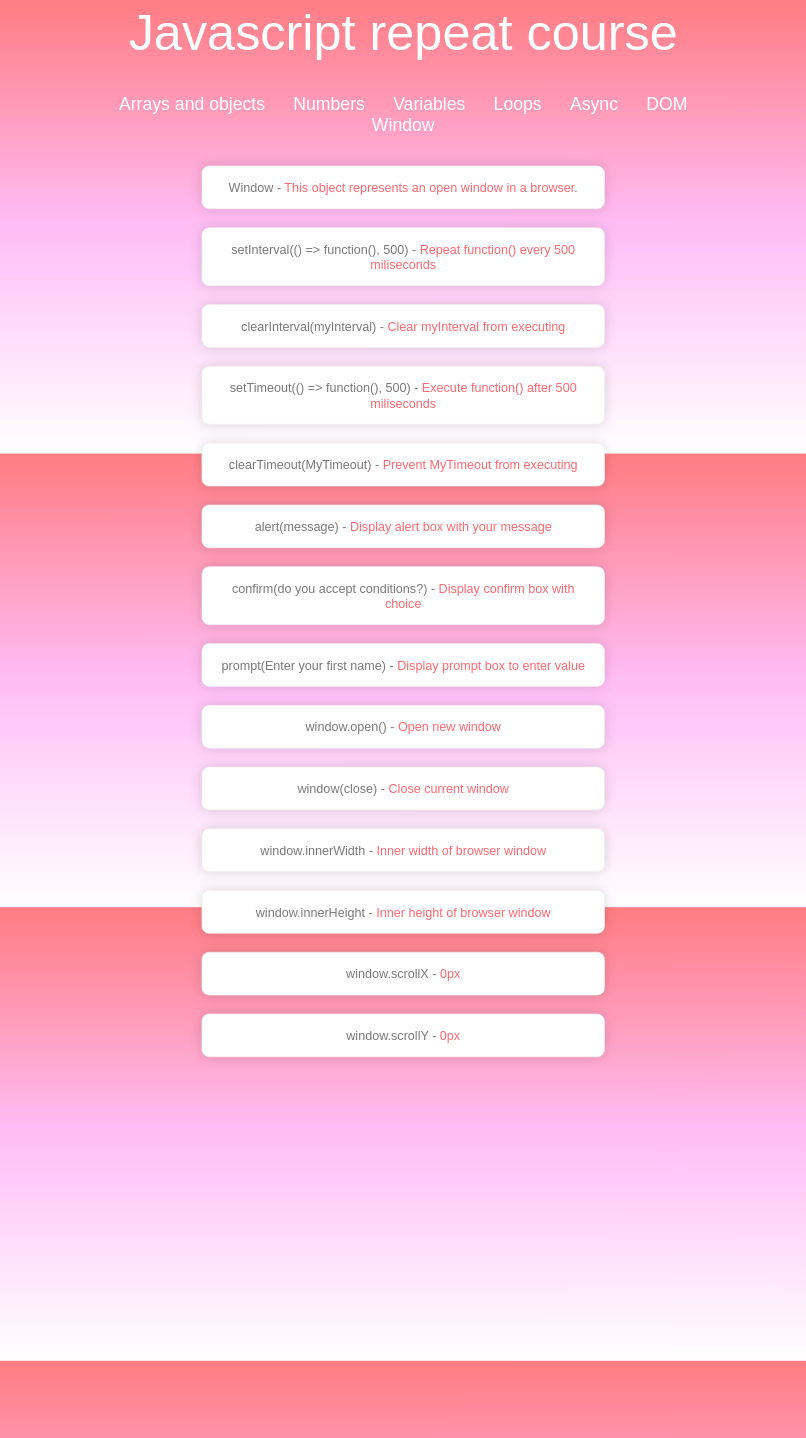
Repository: michalgornicki/javascript
Page: /#/Window
An editor plug-in stored every save of this project. The page is shown before and after a run of saves, followed by the edit.
The browser window is 1280 px wide. The pictures show the whole page, at 63% of full size.
Backgrounds fixed to the window are drawn as part of the page. The project was rebuilt for these pictures with package versions that can differ from the ones it lists, and the page was loaded fresh each time. Also part of the build but not shown: src/index.css, src/components/arrays.jsx, src/components/variables.jsx, src/components/numbers.jsx, src/components/loops.jsx, src/components/async.jsx, src/components/DOM manipulation.jsx.

Above is the page before, as saved 2022-02-01 08:27:57.

### src/App.jsx
import React from "react";
import "./App.css";
import "bootstrap/dist/css/bootstrap.min.css";
import { Route, HashRouter as Router, Routes, Link } from "react-router-dom";
import Arrays from "./components/arrays.jsx"
import Variables from "./components/variables.jsx"
import Numbers from "./components/numbers.jsx"
import Loops from "./components/loops.jsx"
import Async from "./components/async.jsx"
import DOM from "./components/DOM manipulation.jsx"
import Window from "./components/window.jsx"

function App() {


  return (
    <Router>
    <div className="text-center">
      <div className="display-1 mt-1 mb-5 text-white">Javascript repeat course</div>

      <div className="h3 d-flex w-75 m-auto my-5 justify-content-evenly flex-wrap text-white">

      <Link className="link-style mx-3" to="/">Arrays and objects</Link>
      <Link className="link-style mx-3" to="/Numbers">Numbers</Link>
      <Link className="link-style mx-3" to="/Variables">Variables</Link>
      <Link className="link-style mx-3" to="/Loops">Loops</Link>
      <Link className="link-style mx-3" to="/Async">Async</Link>
      <Link className="link-style mx-3" to="/DOM">DOM</Link>
      <Link className="link-style mx-3" to="/Window">Window</Link>


      </div>

      <Routes>
          <Route path="/" element={<Arrays />} />
          <Route path="/Numbers" element={<Numbers />} />
          <Route path="/Variables" element={<Variables />} />
          <Route path="/Loops" element={<Loops />} />
          <Route path="/Async" element={<Async />} />
          <Route path="/DOM" element={<DOM />} />
          <Route path="/Window" element={<Window />} />
        </Routes>


    </div>
    </Router>
  );
}

export default App;

### src/App.css
body{
    font-family: Arial, Helvetica, sans-serif!important;
    overflow-x: hidden;
    padding-bottom: 80vh;
    height: auto;
    background: linear-gradient(0deg, rgb(255, 255, 255), rgb(255, 189, 246), rgb(255, 124, 130));
    background-attachment: fixed;
}

.js-item{
    color:rgb(121, 121, 121);
    background-color: white;
    transition: 0.2s;
    padding: 3vh;
    margin-bottom: 4vh!important;
    border: 1px solid rgb(240, 240, 240);
    width: 50%;
    margin-left: auto;
    margin-right: auto;
    box-shadow: 0px 0px 20px rgba(0, 0, 0, 0.15);
    border-radius: 0.75rem;
}

.js-item:hover{
    cursor: pointer;
    background-color: rgb(240, 240, 240);
}

.text-pink{
    color:rgb(255, 104, 112)!important;
}

.link-style{
    color: inherit;
    text-decoration: inherit;
}

.link-style:hover{
    color: rgb(255, 104, 112);
}

@media only screen and (max-device-width: 600px), (max-width: 600px) {

    .js-item{
        width: 95%;
    }

}

### src/components/window.jsx
const Window = () => {

  return (
    <div className="">
      <div className="js-item h5">
        {" "}
        <span className="">{"Window"} -</span>
        <span className="text-pink"> This object represents an open window in a browser.</span> <br />
      </div>
       <div className="js-item h5">
        {" "}
        <span className="">{"setInterval(() => function(), 500)"} -</span>
        <span className="text-pink"> Repeat function() every 500 miliseconds </span> <br />
      </div>
      <div className="js-item h5">
        {" "}
        <span className="">{"clearInterval(myInterval)"} -</span>
        <span className="text-pink"> Clear myInterval from executing </span> <br />
      </div>
      <div className="js-item h5">
        {" "}
        <span className="">{"setTimeout(() => function(), 500)"} -</span>
        <span className="text-pink"> Execute function() after 500 miliseconds </span> <br />
      </div>
      <div className="js-item h5">
        {" "}
        <span className="">{"clearTimeout(MyTimeout)"} -</span>
        <span className="text-pink"> Prevent MyTimeout from executing </span> <br />
      </div>
      <div className="js-item h5">
        {" "}
        <span className="">{"alert(message)"} -</span>
        <span className="text-pink"> Display alert box with your message </span> <br />
      </div>
      <div className="js-item h5">
        {" "}
        <span className="">{"confirm(do you accept conditions?)"} -</span>
        <span className="text-pink"> Display confirm box with choice </span> <br />
      </div>
      <div className="js-item h5">
        {" "}
        <span className="">{"prompt(Enter your first name)"} -</span>
        <span className="text-pink"> Display prompt box to enter value </span> <br />
      </div>
      <div className="js-item h5">
        {" "}
        <span className="">{"window.open()"} -</span>
        <span className="text-pink"> Open new window </span> <br />
      </div>
      <div className="js-item h5">
        {" "}
        <span className="">{"window(close)"} -</span>
        <span className="text-pink"> Close current window </span> <br />
      </div>
      <div className="js-item h5">
        {" "}
        <span className="">{"window.innerWidth"} -</span>
        <span className="text-pink"> Inner width of browser window </span> <br />
      </div>
      <div className="js-item h5">
        {" "}
        <span className="">{"window.innerHeight"} -</span>
        <span className="text-pink"> Inner height of browser window </span> <br />
      </div>
      <div className="js-item h5">
        {" "}
        <span className="">{"window.scrollX"} -</span>
        <span className="text-pink"> {window.scrollX}px </span> <br />
      </div>
      <div className="js-item h5">
        {" "}
        <span className="">{"window.scrollY"} -</span>
        <span className="text-pink"> {window.scrollY}px </span> <br />
      </div>




    </div>
  );
};

export default Window;

Loaded but not shown: public/index.html (common file); src/index.js (common file); src/reportWebVitals.js (common file)

After the next 3 saves:
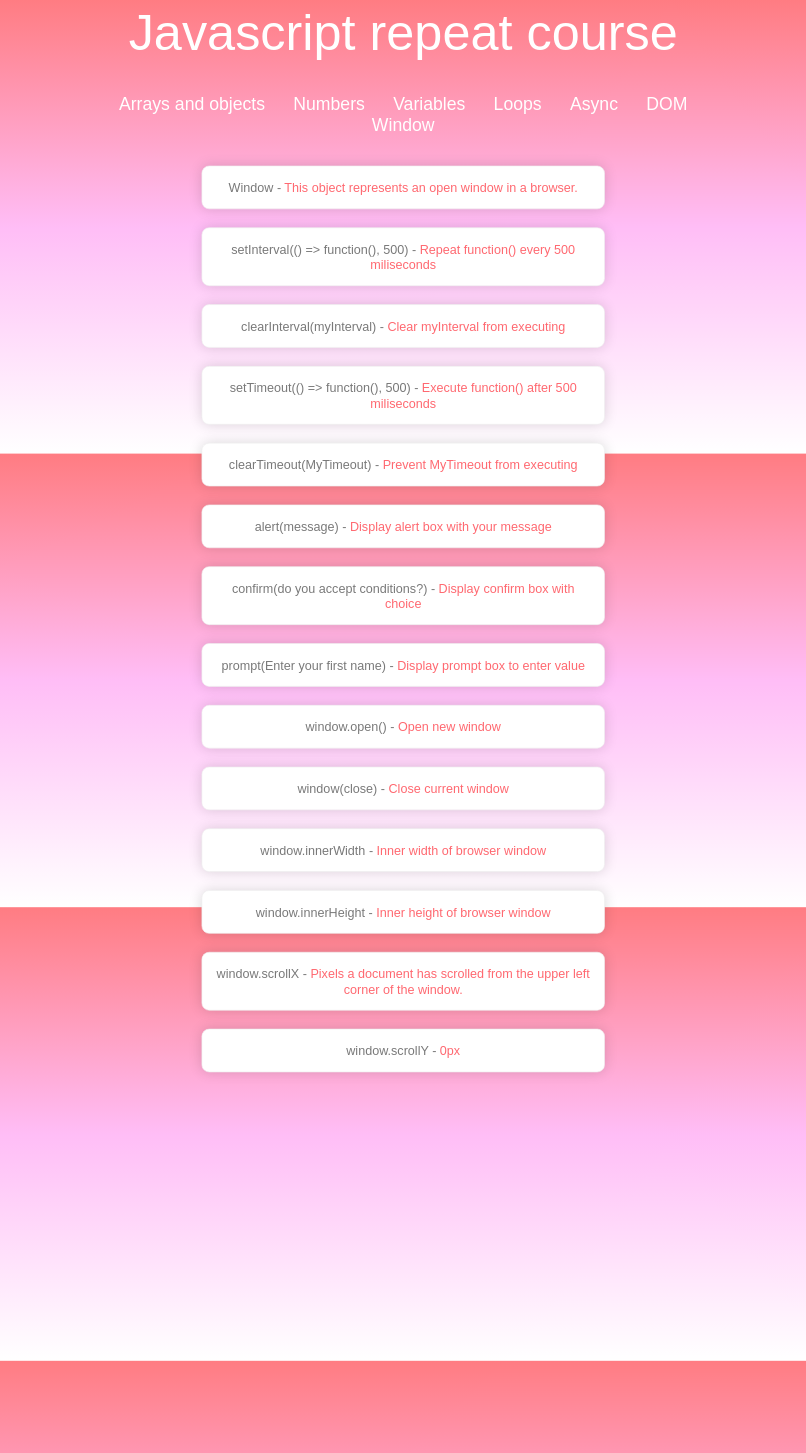
The 3 saves are shown as one change because they came seconds apart.
The last was saved 32 s later.
--- a/src/components/window.jsx
+++ b/src/components/window.jsx
@@ -65,7 +65,8 @@ const Window = () => {
       <div className="js-item h5">
         {" "}
         <span className="">{"window.scrollX"} -</span>
-        <span className="text-pink"> {window.scrollX}px </span> <br />
+        <span className="text-pink"> Pixels a document has scrolled from the upper left corner of the window.
+</span> <br />
       </div>
       <div className="js-item h5">
         {" "}
